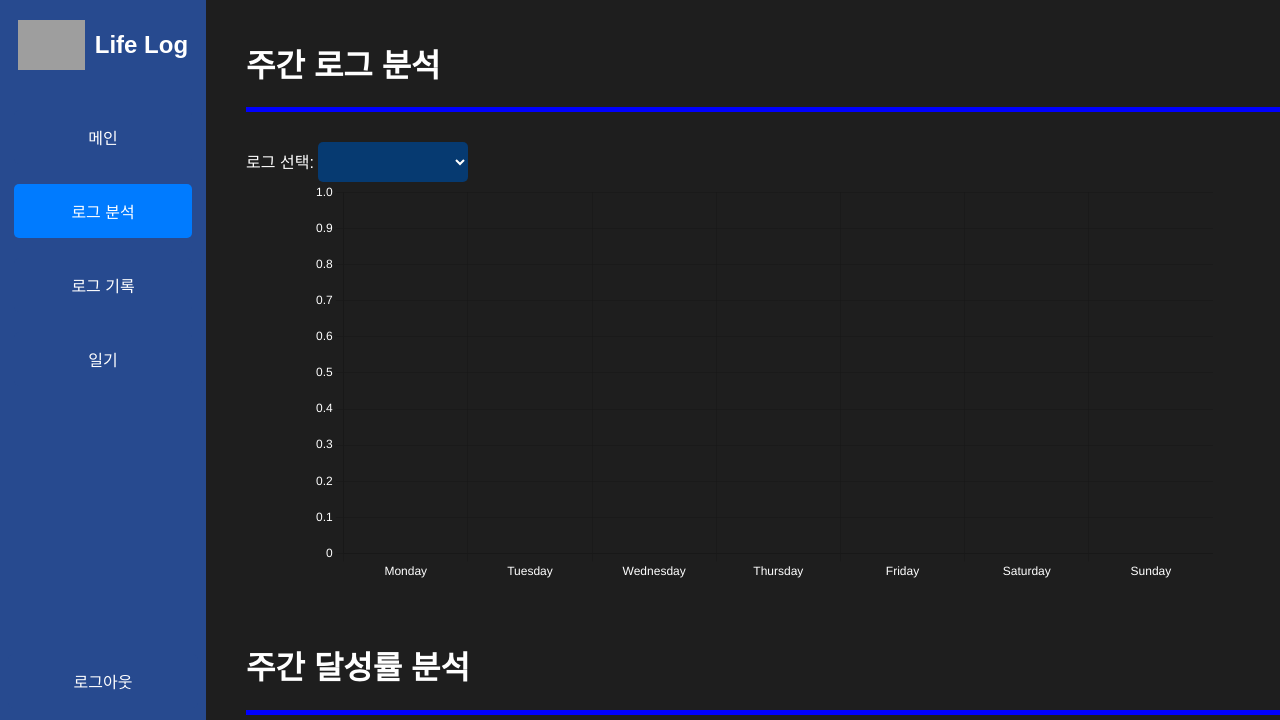
Repository: Hyuk-II/2-2
Page: http://localhost/LifeLog/log_analyze.jsp
An editor plug-in stored every save of this project. The page is shown before and after the next save, followed by the edit.
The browser window is 1280 px wide. The pictures show the whole page.
Pictures or frames that could not be fetched are drawn as grey boxes. An inner scrolling area shows only its first screen. The page is served by Tomcat 9. The session is filled in as if someone had signed in: {"email": "test@example.com", "name": "Test User"}. Queries for data that is not in the repository find no rows.

Above is the page before, as saved 2024-12-14 12:23:08.

After the next save:
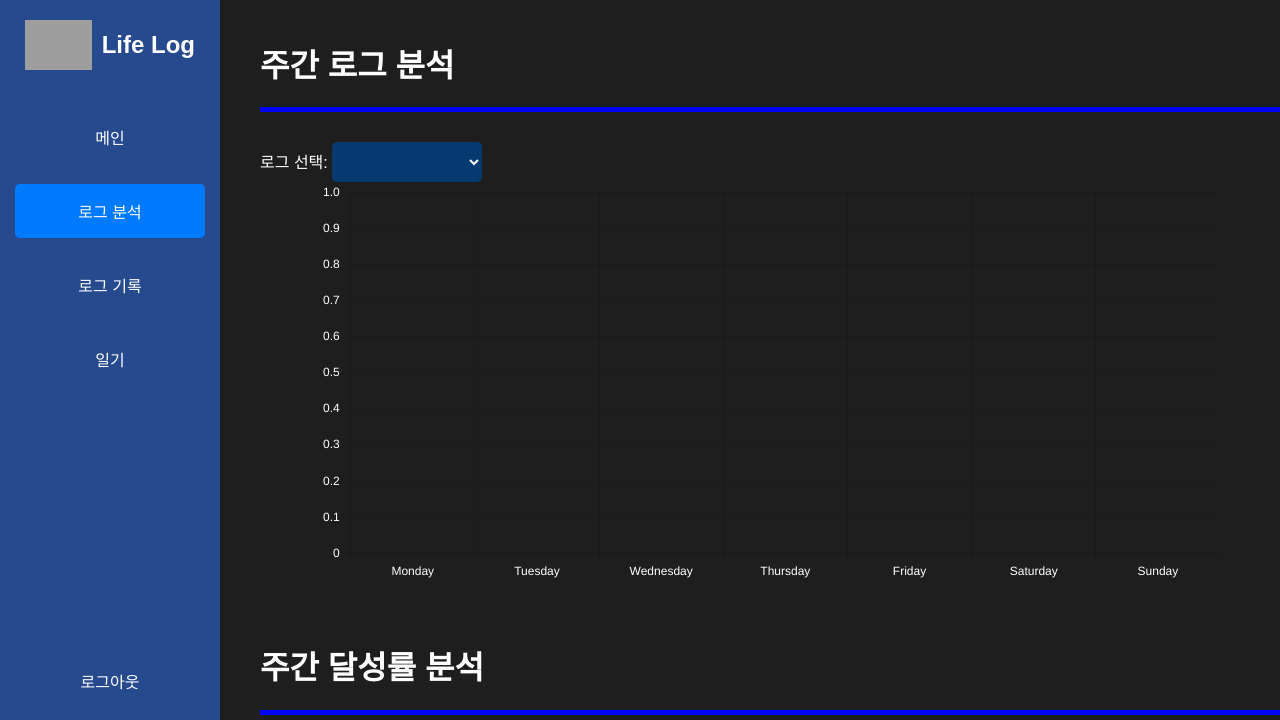
Saved 22 s later.
--- a/웹 프로그래밍/LifeLog/src/main/webapp/log_analyze.jsp
+++ b/웹 프로그래밍/LifeLog/src/main/webapp/log_analyze.jsp
@@ -173,7 +173,7 @@ request.setAttribute("unitMap", unitMap); // 단위 데이터 전달
         }
 
         .menu-bar {
-        	flex: 0.18;
+        	width:200px;
         	background-color: #274a8f;
         	display: flex;
         	flex-direction: column;
